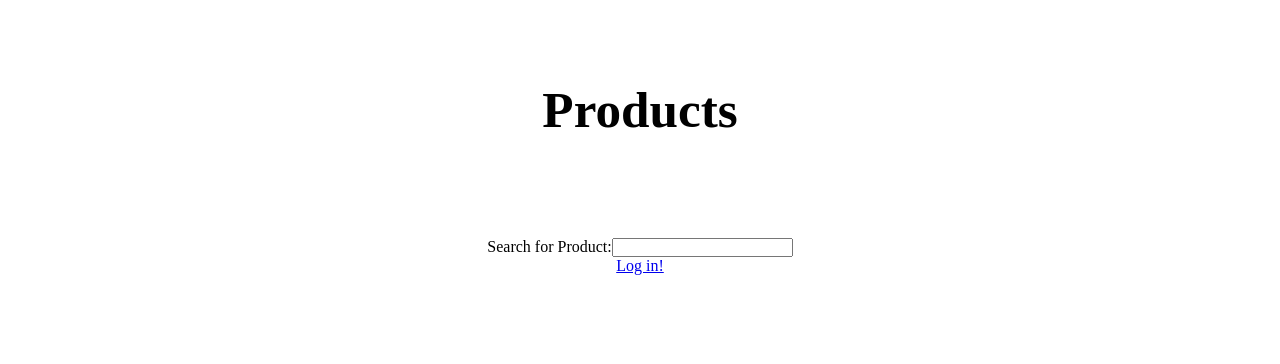
Repository: Andres513/CapStone
Page: /
The author's editor kept a copy of each file at every save. The page is drawn from the files as they stood at one save, then again after the next save.
The browser window is 1280 px wide. The pictures show the whole page.
The page's requests for data from a server got no answer. The project was rebuilt for these pictures with package versions that can differ from the ones it lists, and the page was loaded fresh each time. No one was signed in, and anything a server would have sent is missing. Also part of the build but not shown: vite.config.js, src/components/Login.jsx, src/components/SingleProduct.jsx, src/components/ProductsByCategory.jsx.

Above is the page before, as saved 2024-04-04 12:12:31.

After the next save:
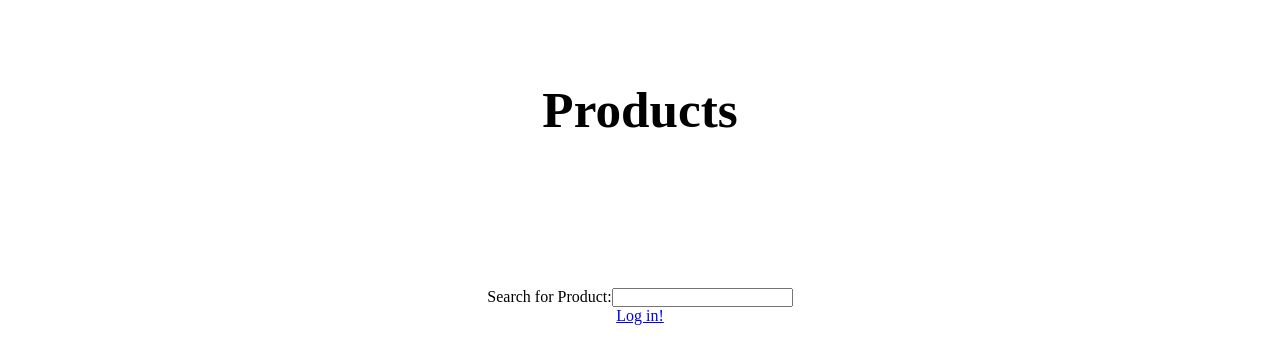
Saved 2 min 48 s later.
--- a/src/components/Categories.jsx
+++ b/src/components/Categories.jsx
@@ -23,7 +23,7 @@
 
     return (
         <div>
-           <div>
+           <div className="category-buttons">
             {categories.map((category, index)=> (
                 <button key={index}>
                     <Link to={`/category/${category}`}>{category}</Link>
